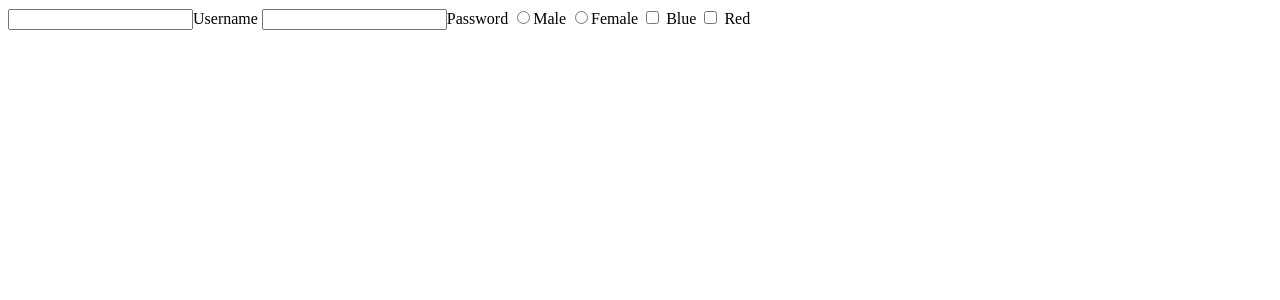
Repository: LsCodeMaster/Training
Page: WebDemo/WebContent/html/static/BigForm.html
An editor plug-in stored every save of this project. The page is shown before and after the next save, followed by the edit.
The browser window is 1280 px wide. The pictures show the whole page.

Above is the page before, as saved 2015-09-17 08:33:10.

### WebDemo/WebContent/html/static/BigForm.html
<!DOCTYPE html>
<html>
<head>
<meta charset="ISO-8859-1">
<title>Insert title here</title>
</head>
<body>
<form name="allInputTypes">
	<input type="text" name="username">Username
	<input type="password" name="pass">Password
	<input type="radio" name="sex" value="male">Male
	<input type="radio" name="sex" value="female">Female
	<input type="checkbox" name="color" value="blue"> Blue
	<input type="checkbox" name="color" value="red"> Red

</form>
</body>
</html>

After the next save:
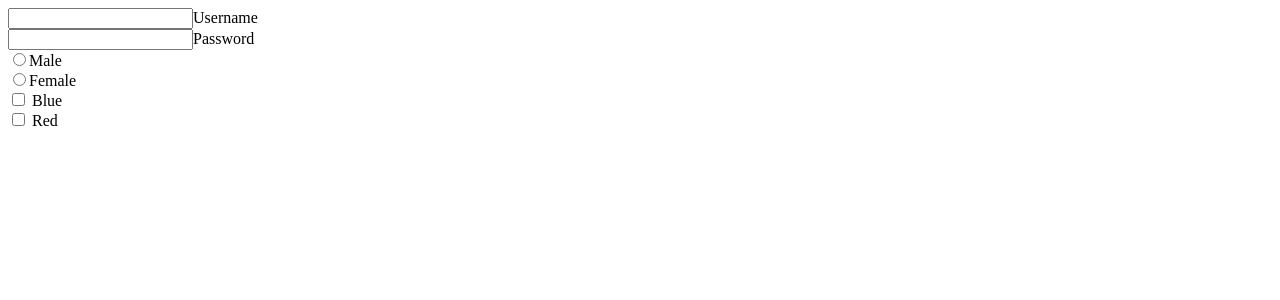
Saved 90 s later.
--- a/WebDemo/WebContent/html/static/BigForm.html
+++ b/WebDemo/WebContent/html/static/BigForm.html
@@ -6,12 +6,12 @@
 </head>
 <body>
 <form name="allInputTypes">
-	<input type="text" name="username">Username
-	<input type="password" name="pass">Password
-	<input type="radio" name="sex" value="male">Male
-	<input type="radio" name="sex" value="female">Female
-	<input type="checkbox" name="color" value="blue"> Blue
-	<input type="checkbox" name="color" value="red"> Red
+	<input type="text" name="username">Username <br/>
+	<input type="password" name="pass">Password <br/>
+	<input type="radio" name="sex" value="male">Male <br/>
+	<input type="radio" name="sex" value="female">Female <br/>
+	<input type="checkbox" name="color" value="blue"> Blue <br/>
+	<input type="checkbox" name="color" value="red"> Red <br/>
 
 </form>
 </body>
